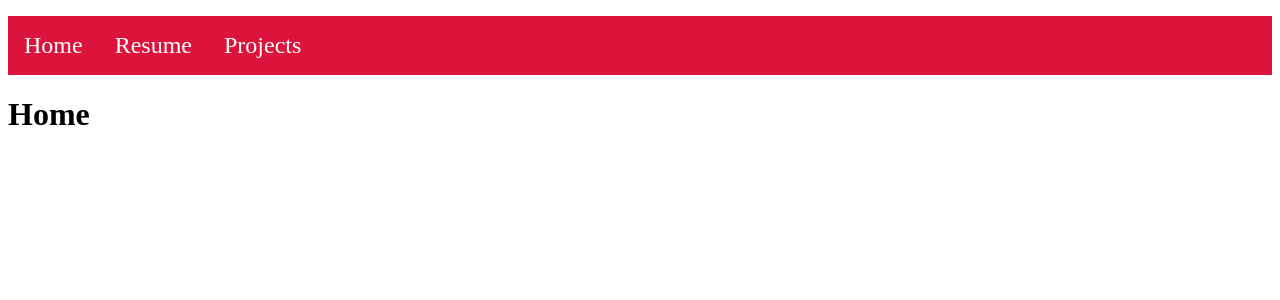
Repository: Zatarain10/Zatarain10.github.io
Page: index.html
The author's editor kept a record of every edit. The page is drawn from the files as they stood at one moment, then again after the next edit.
The browser window is 1280 px wide. The pictures show the whole page.

Above is the page before.

### index.html
<!DOCTYPE html>
<html>
    <head>
    <title>Home</title>
    <style>
        .navbar{
            list-style:none;
            background-color: Crimson;
            overflow:hidden;
            padding:0;
        }

        .navbar a, .dropdown div{
            text-decoration:none;
            color: white;
            font-size: 24px;
            padding: 16px;
            display:inline-block;
        }

        .navbar li{
            float:left;
        }

        .navbar li:hover{
            background-color:Cyan;
        }

        .dropdown-content{
            list-style:none;
            padding: 0;
            display:none;
            position:absolute;
            z-index:1;
            background-color: Crimson;
        }

        .dropdown-content li{
            float:none;
        }

        .dropdown:hover .dropdown-content{
            display:block;
        }
    </style>
    </head>
    <body>
        <ul class="navbar">
            <li class="active"><a href="/index.html">Home</a></li>
            <li><a href="resume.html">Resume</a></li>
            <li class="dropdown">
                <div>Projects</div>
                <ul class="dropdown-content">
                    <li><a href="#">Project 1</a></li>
                    <li><a href="#">Project 2</a></li>
                    <li><a href="#">Project 3</a></li>
                </ul>
            </li>
        </ul>

        <h1>Home</h1>

    </body>
</html>

### style.css
        .navbar{
            list-style:none;
            background-color: Black;
            overflow:hidden;
            padding:0;
        }

        .navbar a, .dropdown div{
            text-decoration:none;
            color: white;
            font-size: 24px;
            padding: 16px;
            display:inline-block;
        }

        .navbar li{
            float:left;
        }

        .navbar li:hover{
            background-color:Cyan;
        }

        .dropdown-content{
            list-style:none;
            padding: 0;
            display:none;
            position:absolute;
            z-index:1;
            background-color: Black;
        }

        .dropdown-content li{
            float:none;
        }

        .dropdown:hover .dropdown-content{
            display:block;
        }

        .active{
            background-color:Lime;
        }

After the next edit:
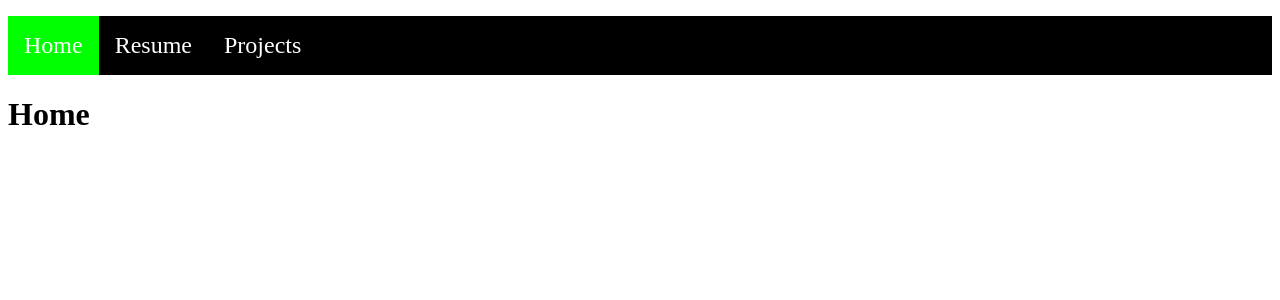
The edit:
--- a/index.html
+++ b/index.html
@@ -2,47 +2,8 @@
 <html>
     <head>
     <title>Home</title>
-    <style>
-        .navbar{
-            list-style:none;
-            background-color: Crimson;
-            overflow:hidden;
-            padding:0;
-        }
+    <link rel="stylesheet" type="text/css" href="style.css">
 
-        .navbar a, .dropdown div{
-            text-decoration:none;
-            color: white;
-            font-size: 24px;
-            padding: 16px;
-            display:inline-block;
-        }
-
-        .navbar li{
-            float:left;
-        }
-
-        .navbar li:hover{
-            background-color:Cyan;
-        }
-
-        .dropdown-content{
-            list-style:none;
-            padding: 0;
-            display:none;
-            position:absolute;
-            z-index:1;
-            background-color: Crimson;
-        }
-
-        .dropdown-content li{
-            float:none;
-        }
-
-        .dropdown:hover .dropdown-content{
-            display:block;
-        }
-    </style>
     </head>
     <body>
         <ul class="navbar">
